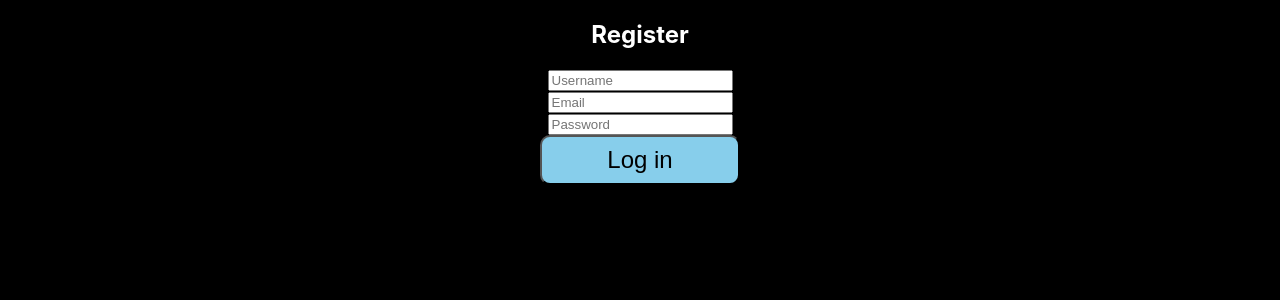
Repository: abhaysharma20233009/swiftKey
Page: /login (app in frontend/my-app/)
These files come from the project's save history. The page is drawn as it stood at one moment and after the next save; the edit follows.
The browser window is 1280 px wide. The pictures show the whole page.
The project was rebuilt for these pictures with package versions that can differ from the ones it lists, and the page was loaded fresh each time. Also part of the build but not shown: frontend/my-app/src/Swifts.js, frontend/my-app/src/Results.js.

Above is the page before, as saved 2024-10-10 16:41:47.

After the next save:
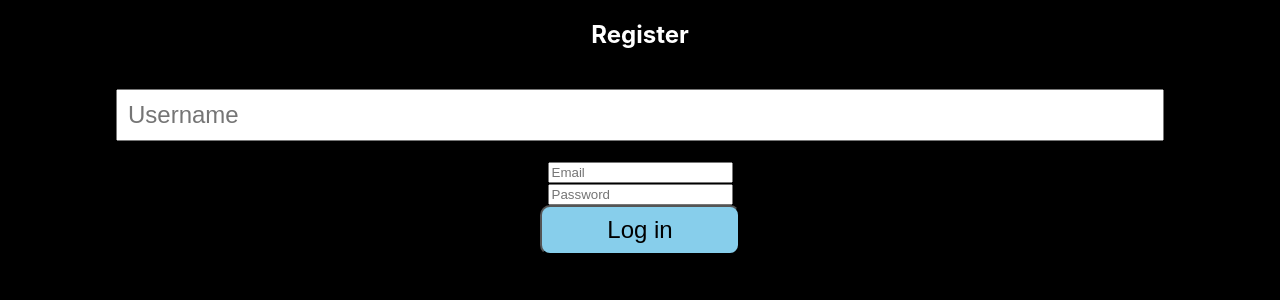
Saved 26 s later.
--- a/frontend/my-app/src/Login.js
+++ b/frontend/my-app/src/Login.js
@@ -58,6 +58,12 @@ const Login = () => {
                     value={username}
                     onChange={(e) => setUsername(e.target.value)}
                     required
+                    style={{
+                        fontSize: '24px',
+                        width: '80%',
+                        padding: '10px',
+                        margin: '20px 0',
+                    }}
                 />
                 <br/>
                 <input
